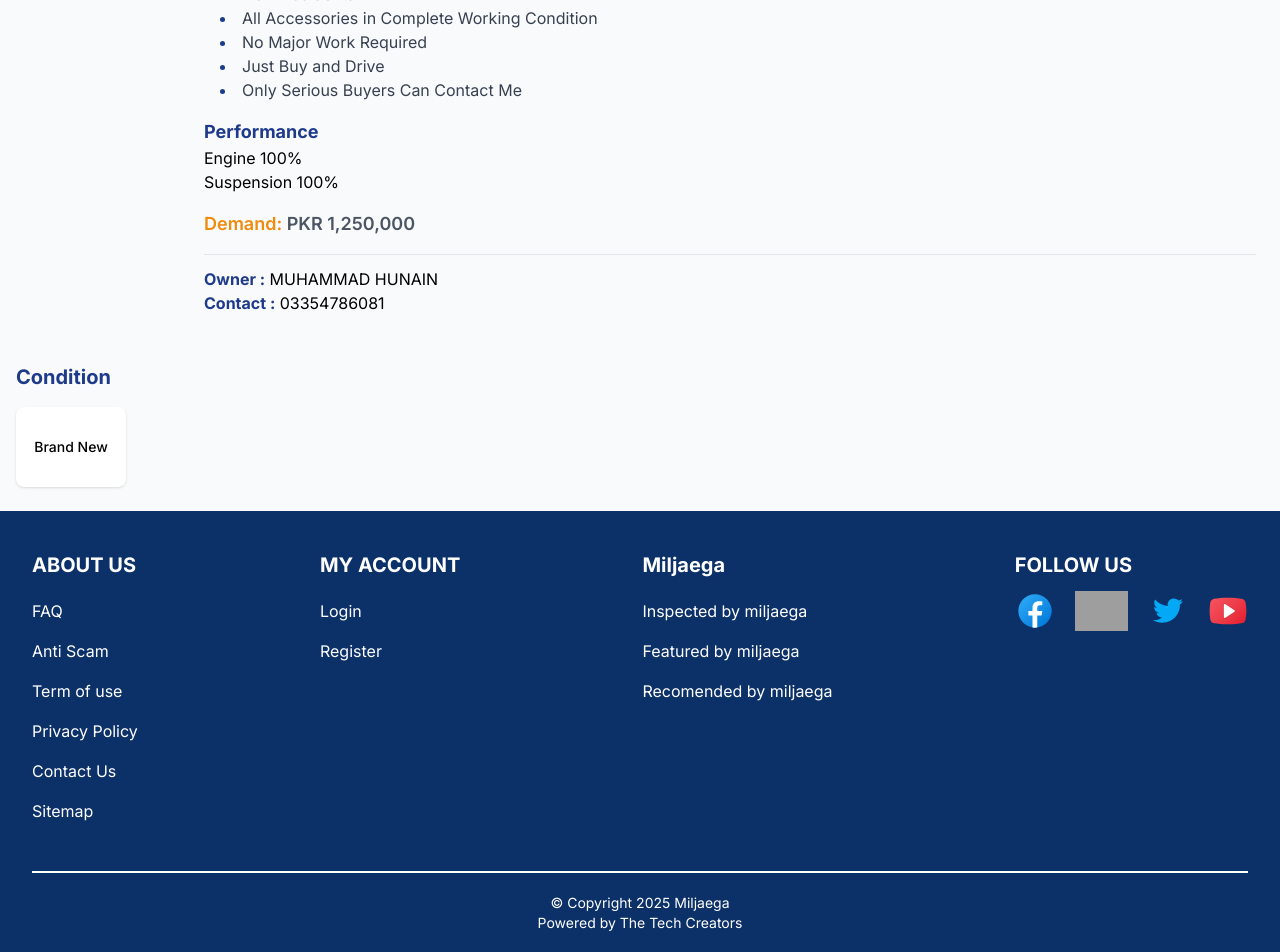
Repository: ARFA-SAEED/miljayega
Page: src/motorsPage/bikes_1.html
These files come from the project's save history. The page is drawn as it stood at one moment and after the next save; the edit follows.
The browser window is 1280 px wide. The pictures show the part of the page from y = 1181 to 2133 px (the page is 2154 px tall before and 2168 px after).
Pictures or frames that could not be fetched are drawn as grey boxes. Some web fonts or font styles are not loaded; a fallback is used. Some web libraries are served in a nearby version.

Above is the page before, as saved 2025-08-25 13:34:21.

### src/motorsPage/bikes_1.html
<!DOCTYPE html>
<html lang="en">

<head>
    <meta charset="utf-8" />
    <meta content="width=device-width, initial-scale=1.0" name="viewport" />
    <title>Miljaega.pk - Bikes 1</title>
    <script src="https://cdn.tailwindcss.com?plugins=forms,container-queries"></script>
    <link href="https://fonts.googleapis.com/css2?family=Inter:wght@400;500;600;700&display=swap" rel="stylesheet" />
    <link href="https://fonts.googleapis.com/css2?family=Poppins:wght@400;500;600;700&display=swap" rel="stylesheet" />
    <link href="https://fonts.googleapis.com/icon?family=Material+Icons" rel="stylesheet" />
    <link href="https://fonts.googleapis.com/css2?family=Lalezar&display=swap" rel="stylesheet">
    <link href="https://fonts.googleapis.com/css2?family=Noto+Nastaliq+Urdu&display=swap" rel="stylesheet">
    <script src="https://cdn.jsdelivr.net/npm/alpinejs@3.x.x/dist/cdn.min.js" defer></script>
    <script src="https://cdn.jsdelivr.net/npm/@tailwindcss/browser@4"></script>
    <link rel="stylesheet" href="./Css/miljaega-homepage.css">
    <!-- Font Awesome CDN -->
    <link href="https://cdnjs.cloudflare.com/ajax/libs/font-awesome/6.5.2/css/all.min.css" rel="stylesheet">

    <link rel="stylesheet" href="https://cdnjs.cloudflare.com/ajax/libs/font-awesome/7.0.0/css/all.min.css"
        integrity="sha512-DxV+EoADOkOygM4IR9yXP8Sb2qwgidEmeqAEmDKIOfPRQZOWbXCzLC6vjbZyy0vPisbH2SyW27+ddLVCN+OMzQ=="
        crossorigin="anonymous" referrerpolicy="no-referrer" />
</head>

<body class="bg-gray-50">

    <!-- Header -->
    <header class="bg-white shadow-sm fixed top-0 z-50 w-full">
        <div class="lg:mx-auto 2xl:mx-20 relative py-3 container px-4 sm:px-6">
            <div class="flex justify-between items-center py-3">
                <!-- Left: Logo -->
                <div class="flex-shrink-0">
                    <img src="../../../assets/images/logo.svg" alt="Logo" class="h-8 sm:h-10" />
                </div>

                <!-- Center Nav (Desktop) -->
                <nav
                    class="hidden xl:flex absolute 2xl:ms-[440px] left-1/2 transform -translate-x-1/2 space-x-6 text-sm font-medium text-gray-600">
                    <div class="flex justify-center mt-2">
                        <div class="inline-flex rounded-lg shadow-md bg-white overflow-hidden">
                            <a href="#"
                                class="px-6 py-3 text-sm font-medium text-white bg-blue-900 hover:bg-blue-900 transition duration-300 flex items-center">
                                <i class="fa-solid fa-list mr-2"></i> ALL
                            </a>
                            <a href="#"
                                class="px-6 py-3 text-sm font-medium text-pak-green hover:bg-[rgb(220,228,245)] flex items-center">
                                <i class="fa-solid fa-circle-plus mr-2"></i> NEW
                            </a>
                            <a href="#"
                                class="px-6 py-3 text-sm font-medium text-pak-green hover:bg-[rgb(220,228,245)] flex items-center">
                                <i class="fa-solid fa-recycle mr-2"></i> USED
                            </a>
                            <a href="#"
                                class="px-6 py-3 text-sm font-medium text-pak-green hover:bg-[rgb(220,228,245)] flex items-center">
                                <i class="fa-solid fa-key mr-2"></i> RENT
                            </a>
                            <a href="#"
                                class="px-6 py-3 text-sm font-medium text-pak-green hover:bg-[rgb(220,228,245)] flex items-center">
                                <i class="fa-solid fa-arrow-right-arrow-left mr-2"></i> Exchange
                            </a>
                        </div>
                    </div>
                </nav>

                <!-- Mobile Hamburger -->
                <button id="mobileMenuToggle" class="block xl:hidden text-gray-700 hover:text-primary-green">
                    <svg class="w-7 h-7" fill="none" stroke="currentColor" stroke-width="2" viewBox="0 0 24 24">
                        <path stroke-linecap="round" stroke-linejoin="round" d="M4 6h16M4 12h16M4 18h16"></path>
                    </svg>
                </button>
            </div>
        </div>
    </header>

    <!-- Mobile Menu -->
    <div id="mobileMenu"
        class="xl:hidden hidden bg-white shadow-md fixed top-[72px] left-0 right-0 z-40 max-h-[calc(100vh-72px)] overflow-y-auto">
        <div class="px-4 py-4 space-y-4 text-sm font-medium text-gray-700">
            <div class="flex justify-around text-center gap-2 flex-wrap">
                <a href="#" class="flex flex-col items-center gap-1 hover:text-primary-green">
                    <img src="./images/second-hand.png" class="w-6 h-6" /> Used
                </a>
                <a href="#" class="flex flex-col items-center gap-1 hover:text-primary-green">
                    <img src="./images/new.png" class="w-6 h-6" /> New
                </a>
                <a href="#" class="flex flex-col items-center gap-1 hover:text-primary-green">
                    <img src="./images/exchange.png" class="w-6 h-6" /> Exchange
                </a>
                <a href="#" class="flex flex-col items-center gap-1 hover:text-primary-green">
                    <img src="./images/rent.png" class="w-6 h-6" /> Rentals
                </a>
            </div>
        </div>
    </div>

    <!-- Spacer -->
    <div class="pt-[72px]"></div>

    <!-- Images Section -->
    <div class="container mx-auto px-4 mt-12">
        <div class="grid grid-cols-1 lg:grid-cols-2 gap-3">
            <div>
                <img class="w-full h-[250px] sm:h-[400px] lg:h-[513px] object-cover rounded-lg lg:rounded-l-[10px]"
                    src="https://auto.yugatech.com/wp-content/uploads/2022/09/2023-Honda-BRV-Main-2048x1024.jpg" alt="">
            </div>
            <div class="flex flex-col gap-3">
                <img class="w-full h-[200px] sm:h-[250px] object-cover rounded-lg lg:rounded-tr-[10px]"
                    src="https://hondaotodalat.com.vn/wp-content/uploads/2020/02/honda_BRV_hondaotovovankiet_vn_15.jpg"
                    alt="">
                <img class="w-full h-[200px] sm:h-[250px] object-cover rounded-lg lg:rounded-br-[10px]"
                    src="https://d31sro4iz4ob5n.cloudfront.net/upload/car/br-v-2024/feature/interior/br-v-2024-lhd-amplio-confort-y-versatilidad.jpg"
                    alt="">
            </div>
        </div>
    </div>

    <!-- Title & Buttons -->
    <div class="container mx-auto px-4 mt-6 flex flex-col lg:flex-row justify-between items-start gap-4">
        <h1 class="font-bold text-blue-900 text-xl lg:text-2xl">
            Honda BR-V (2022) MODEL | 7-Seater Crossover
        </h1>
        <div class="flex flex-wrap gap-3">
            <button class="border border-[#F08B0B] text-[#F08B0B] font-semibold rounded px-5 py-2 flex items-center">
                <i class="fa-solid fa-phone me-2"></i> Call
            </button>
            <button class="bg-blue-900 hover:bg-blue-800 text-white rounded px-5 py-2 flex items-center">
                <i class="fa-solid fa-comment me-2"></i> Chat Now
            </button>
            <button class="bg-[#4ABD7A] text-white rounded px-3 py-2 flex items-center">
                <i class="fa-brands fa-whatsapp text-lg"></i>
            </button>
            <div class="flex items-center gap-2">
                <img class="rounded-full h-10 w-10"
                    src="https://tse3.mm.bing.net/th/id/OIP.WpIMP_W3gb5bZ81rA-K2YgHaHa?pid=Api&P=0&h=220" alt="">
                <span class="text-[#F08B0B]">See Profile</span>
            </div>
        </div>
    </div>


    <!-- Price -->
    <div class="container mx-auto px-4 mt-4">
        <h1 class="text-blue-900 font-bold text-xl lg:text-2xl">
            <span class="text-lg text-[#F08B0B]">PKR</span> 1,250,000
        </h1>
        <p class="text-gray-600 text-sm mt-5 pb-3 border-b border-gray-300 border-b-2 w-[750px]">Added 3 days ago</p>
    </div>

    <div class=" p-6 ms-[180px] space-y-4">
        <h3 class="text-2xl font-bold text-blue-900">Description</h3>

        <p><span class="font-semibold text-[#F08B0B]">Registered :</span> Karachi</p>

        <ol class="list-none list-inside space-y-1 text-gray-700">
            <li><span class="font-bold text-lg ms-1 text-blue-900">Car Features</span></li>
            <ul class="list-disc marker:text-blue-900 list-inside ml-4">
                <li>Honda BR-V (2022) is up for sale in Genuine Condition</li>
                <li>Immaculate Interior & Exterior</li>
                <li>Spacious 7-Seater SUV</li>
                <li>Comfortable Family Car</li>
                <li>Power Steering & Power Windows</li>
                <li>ABS Brakes & Dual Airbags</li>
                <li>Automatic Transmission</li>
                <li>Regularly Maintained with Complete Service History</li>
                <li>All Parts Genuine</li>
                <li>Non-Accidental</li>
                <li>All Accessories in Complete Working Condition</li>
                <li>No Major Work Required</li>
                <li>Just Buy and Drive</li>
                <li>Only Serious Buyers Can Contact Me</li>
            </ul>
        </ol>


        <div>
            <h4 class="font-bold text-blue-900 text-lg">Performance</h4>
            <p>Engine 100% <br> Suspension 100%</p>
        </div>

        <p class="text-lg font-semibold text-[#F08B0B]">Demand: <span class="text-gray-600">PKR 1,250,000</span></p>

        <div class="border-t pt-3">
            <p><span class="font-bold text-blue-900">Owner :</span> MUHAMMAD HUNAIN</p>
            <p><span class="font-bold text-blue-900 ">Contact :</span> 03354786081</p>
        </div>
    </div>


    <!-- Condition -->
    <div class="container mx-auto px-4 mt-6 mb-6">
        <h1 class="text-blue-900 font-bold text-xl">Condition</h1>

        <div class=" mt-4 shadow rounded-lg h-20 w-[110px] bg-white items-center flex justify-center">

            <span class="text-sm font-medium">Brand New</span>
        </div>
    </div>


    <footer class="bg-[#0C3168] text-white">
        <div class="container mx-auto px-4 sm:px-6 lg:px-8 py-10">

            <!-- ✅ Mobile/Tablet (sm, md, lg): 2 Rows Layout -->
            <div class="flex  flex-wrap gap-8 lg:hidden">
                <!-- Row 1: ABOUT US + MY ACCOUNT -->
                <div class="w-full flex   gap-8">
                    <!-- ABOUT US -->
                    <div class="w-full ms-10 md:ms-0 sm:w-1/2 text-left">
                        <ul class="leading-10">
                            <li class="font-bold text-xl mb-3">ABOUT US</li>
                            <li>FAQ</li>
                            <li>Anti Scam</li>
                            <li>Term of use</li>
                            <li>Privacy Policy</li>
                            <li>Contact Us</li>
                            <li>Sitemap</li>
                        </ul>
                    </div>
                    <!-- MY ACCOUNT -->
                    <div class="w-full ms-20 md:ms-60 sm:w-1/2 text-left">
                        <ul class="leading-10">
                            <li class="font-bold text-xl mb-3">MY ACCOUNT</li>
                            <li>Login</li>
                            <li>Register</li>
                        </ul>
                    </div>
                </div>

                <!-- Row 2: Miljaega + Social -->
                <div class="w-full flex gap-8 mt-5">
                    <!-- Miljaega -->
                    <div class="w-full sm:w-1/2 ms-10 md:ms-0 text-left">
                        <ul class="leading-10">
                            <li class="font-bold text-xl mb-3">Miljaega</li>
                            <li>Inspected by miljaega</li>
                            <li>Featured by miljaega</li>
                            <li>Recomended by miljaega</li>
                        </ul>
                    </div>
                    <!-- Social -->
                    <div class="w-full ms-20 md:ms-60  sm:w-1/2 text-left leading-15">
                        <ul>
                            <li class="font-bold text-xl  mb-3">FOLLOW US</li>
                        </ul>
                        <div class=" ms-8 md:ms-0 sm:flex-wrap md:flex mt-3 gap-5">
                            <img src="../../assets/images/fb.svg" class="h-10" alt="">
                            <img src="../../assets/images/insta.svg" class="h-10" alt="">
                            <img src="../../assets/images/twitter.svg" class="h-10" alt="">
                            <img src="../../assets/images/youtube.svg" class="h-10" alt="">
                        </div>
                    </div>
                </div>
            </div>

            <!-- ✅ XL and Up: Original 4-column Layout -->
            <div class="hidden lg:block lg:flex lg:justify-between xl:gap-8">
                <!-- ABOUT US -->
                <div class="w-full sm:w-1/2 xl:w-auto mb-5 xl:mb-0  xl:text-left">
                    <ul class="leading-10">
                        <li class="font-bold text-xl mb-3">ABOUT US</li>
                        <li>FAQ</li>
                        <li>Anti Scam</li>
                        <li>Term of use</li>
                        <li>Privacy Policy</li>
                        <li>Contact Us</li>
                        <li>Sitemap</li>
                    </ul>
                </div>
                <!-- MY ACCOUNT -->
                <div class="w-full sm:w-1/2 xl:w-auto text-left mb-5 xl:mb-0">
                    <ul class="leading-10">
                        <li class="font-bold text-xl mb-3">MY ACCOUNT</li>
                        <li>Login</li>
                        <li>Register</li>
                    </ul>
                </div>
                <!-- Miljaega -->
                <div class="w-full sm:w-1/2 xl:w-auto mb-5 xl:mb-0 text-left">
                    <ul class="leading-10">
                        <li class="font-bold text-xl mb-3">Miljaega</li>
                        <li>Inspected by miljaega</li>
                        <li>Featured by miljaega</li>
                        <li>Recomended by miljaega</li>
                    </ul>
                </div>
                <!-- Social -->
                <div class="w-full sm:w-1/2 xl:w-auto text-left mb-5 xl:mb-0 leading-15">
                    <ul>
                        <li class="font-bold text-xl mb-3">FOLLOW US</li>
                    </ul>
                    <div class="flex  ustify-start mt-3 gap-5">
                        <img src="../../assets/images/fb.svg" class="h-10" alt="">
                        <img src="../../assets/images/insta.svg" class="h-10" alt="">
                        <img src="../../assets/images/twitter.svg" class="h-10" alt="">
                        <img src="../../assets/images/youtube.svg" class="h-10" alt="">
                    </div>
                </div>
            </div>

            <!-- Footer bottom -->
            <div class="text-center border-t-2 border-white mt-10 pt-5 text-sm">
                <p>© Copyright 2025 Miljaega <br>Powered by The Tech Creators</p>
            </div>
        </div>
    </footer>

    <script>
        // Mobile menu toggle
        document.addEventListener("DOMContentLoaded", () => {
            const toggleBtn = document.getElementById("mobileMenuToggle");
            const mobileMenu = document.getElementById("mobileMenu");
            toggleBtn.addEventListener("click", () => {
                mobileMenu.classList.toggle("hidden");
            });
        });
    </script>

</body>

</html>

### assets/Css/miljaega-homepage.css
 :root {
   --primary-green: #0B6847;
 }

 body {
   font-family: 'Inter', sans-serif;
   background-color: #f8fafc;
 }

 .text-primary-green {
   color: var(--primary-green);
 }

 .bg-primary-green {
   background-color: #003E3E;
 }

 .border-primary-green {
   border-color: var(--primary-green);
 }

 .card {
   @apply bg-white rounded-lg shadow-[0_4px_6px_-1px_rgba(0, 0, 0, 0.1), 0_2px_4px_-2px_rgba(0, 0, 0, 0.1)] transition-transform duration-200;
 }

 .card:hover {
   transform: translateY(-5px);
 }

 .verified-badge {
   @apply text-blue-600 text-base;
 }


 /* Sell Button */
 ._520955ba {
   position: relative;
   overflow: hidden;
   border-radius: 4px;
 }

 header {
   z-index: 100;
 }

 .fbf39733 {
   background-color: #ffffff;
   /* Green background */
   border: none;
   cursor: pointer;
 }

 ._6257aca6 {
   object-fit: contain;
   z-index: 1;
 }


 ._948d9e0a {
   position: relative;
   z-index: 2;
 }

 ._27a68d65 {
   display: flex;
   align-items: center;
 }

 .b2e0090c {
   padding: 8px 16px;
 }

 ._371e9918 {
   color: white;
 }

 ._6041419a {
   margin-right: 8px;
 }

 ._8206696c {
   font-weight: 900;
 }

 .b7af14b4 {
   font-size: 12px;
 }

 .dd240920 {
   line-height: 1.5;
 }

 @import url('https://fonts.googleapis.com/css2?family=Inter:wght@300;400;500;600;700&display=swap');

 body {
   font-family: 'Inter', sans-serif;

 }

 .card-hover {
   transition: all 0.3s ease;
   box-shadow: 0 4px 6px rgba(0, 0, 0, 0.05);
 }

 .card-hover:hover {
   transform: translateY(-5px);
   box-shadow: 0 10px 25px rgba(0, 0, 0, 0.1);
 }

 .image-hover {
   transition: transform 0.5s ease;
 }

 .status-dot {
   position: absolute;
   bottom: 5px;
   right: 10px;
   width: 12px;
   height: 12px;
   background-color: #1dbf73;
   border: 2px solid white;
   border-radius: 50%;
   z-index: 10;
   box-shadow: 0 0 0 2px rgba(29, 191, 115, 0.3);
 }

 .status-pulse {
   position: absolute;
   bottom: -1px;
   right: -1px;
   width: 16px;
   height: 16px;
   background-color: rgba(29, 191, 115, 0.4);
   border-radius: 50%;
   z-index: 5;
   animation: pulse 1.5s infinite;
 }

 @keyframes pulse {
   0% {
     transform: scale(0.8);
     opacity: 0.7;
   }

   70% {
     transform: scale(1.5);
     opacity: 0;
   }

   100% {
     transform: scale(0.8);
     opacity: 0;
   }
 }

 .star-container {
   display: inline-flex;
   align-items: center;
   margin-left: -8px;
 }

 .star-full {
   color: #f2880f;
   position: relative;
 }

 .star-full::before {
   content: "★";
   position: absolute;
   color: white;
   font-size: 15px;
   top: 2px;
   left: 2px;
 }

 .star-half {
   position: relative;
   width: 20px;
   height: 20px;
 }

 .star-half-left {
   position: absolute;
   left: 0;
   width: 50%;
   height: 100%;
   background: #ff643d;
   border-top-left-radius: 3px;
   border-bottom-left-radius: 3px;
 }

 .star-half-right {
   position: absolute;
   right: 0;
   width: 50%;
   height: 100%;
   background: rgba(200, 201, 202, 0.48);
   border-top-right-radius: 3px;
   border-bottom-right-radius: 3px;
 }

 .star-half::before {
   content: "★";
   position: absolute;
   color: white;
   font-size: 15px;
   top: 2px;
   left: 2px;
   z-index: 10;
 }

 .badge {
   transition: all 0.3s ease;
 }

 .badge:hover {
   transform: scale(1.05);
 }

 .arrow-tab {
   position: relative;
   padding: 0.75rem 2rem;
   display: flex;
   align-items: center;
   justify-content: center;
   clip-path: polygon(0 0, calc(100% - 20px) 0, 100% 50%, calc(100% - 20px) 100%, 0 100%, 20px 50%);
   margin-left: -18px;
   cursor: pointer;
   transition: all 0.2s ease;
 }

 .arrow-tab:first-child {
   clip-path: polygon(0 0, calc(100% - 20px) 0, 100% 50%, calc(100% - 20px) 100%, 0 100%);
   margin-left: 0;
   padding-left: 3rem;
 }

 .arrow-tab.active {
   background-color: #1e3a8a;
   /* Tailwind's blue-900 */
   color: white;
   z-index: 10;
 }

 .arrow-tab:not(.active):hover {
   background-color: #ced8f3;
   /* Light gray on hover */
 }

 @media (min-width: 1024px) and (max-width: 1028px) {
   .custom-mt {
     margin-top: 10px;
     /* Equivalent to mt-9 */
   }
 }

 .thumbnail {
   transition: all 0.2s ease;
 }

 .thumbnail:hover {
   transform: scale(1.05);
   box-shadow: 0 0 5px rgba(59, 130, 246, 0.5);
 }

 #main-image {
   transition: opacity 0.3s ease;
 }



 .scrollbar-hide::-webkit-scrollbar {
   display: none;
 }

 .scrollbar-hide {
   -ms-overflow-style: none;
   scrollbar-width: none;
 }

 .search-dropdown {
   display: none;
   position: absolute;
   top: 100%;
   /* directly below input */
   left: 0;
   width: 100%;
   max-height: 400px;
   overflow-y: auto;
   /* only scroll when necessary */
   z-index: 999999;
   /* way above all site content */
   background: white;
   border: 1px solid #e5e7eb;
   border-radius: 0.5rem;
   box-shadow: 0 4px 6px -1px rgba(0, 0, 0, 0.1),
     0 2px 4px -1px rgba(0, 0, 0, 0.06);
 }

 .search-dropdown-section {
   padding-left: 13px;
   padding-right: 13px;
   padding-bottom: 10px;

 }

 .search-dropdown-section:last-child {
   border-bottom: none;
 }

 .search-dropdown-item {
   padding: 0.5rem;
   cursor: pointer;
   border-radius: 0.25rem;
   background-color: white;
 }

After the next save:
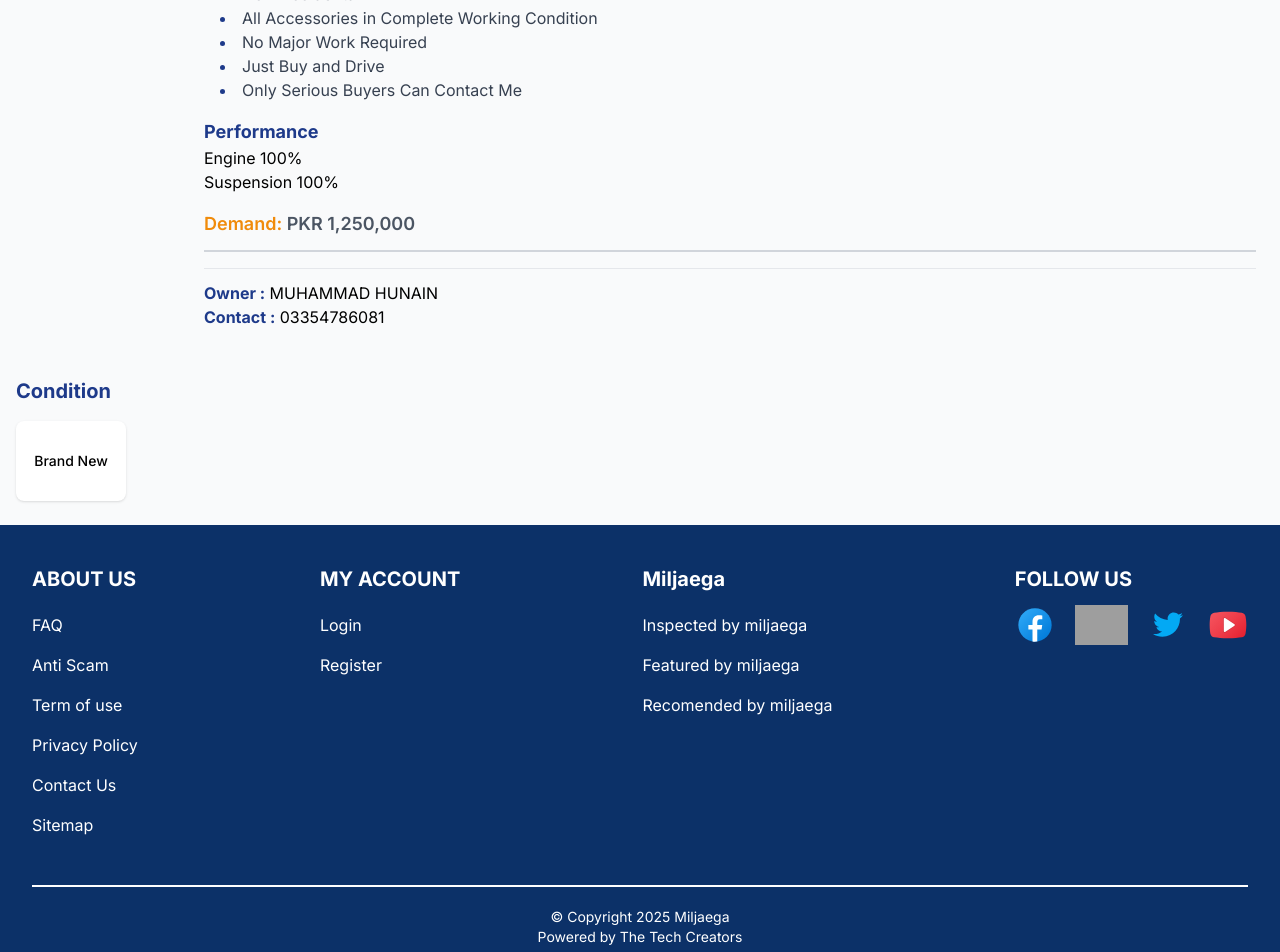
Saved 91 s later.
--- a/src/motorsPage/bikes_1.html
+++ b/src/motorsPage/bikes_1.html
@@ -177,7 +177,8 @@
             <p>Engine 100% <br> Suspension 100%</p>
         </div>
 
-        <p class="text-lg font-semibold text-[#F08B0B]">Demand: <span class="text-gray-600">PKR 1,250,000</span></p>
+        <p class="text-lg font-semibold text-[#F08B0B] pb-3 border-b border-gray-300 border-b-2">Demand: <span
+                class="text-gray-600">PKR 1,250,000</span></p>
 
         <div class="border-t pt-3">
             <p><span class="font-bold text-blue-900">Owner :</span> MUHAMMAD HUNAIN</p>
